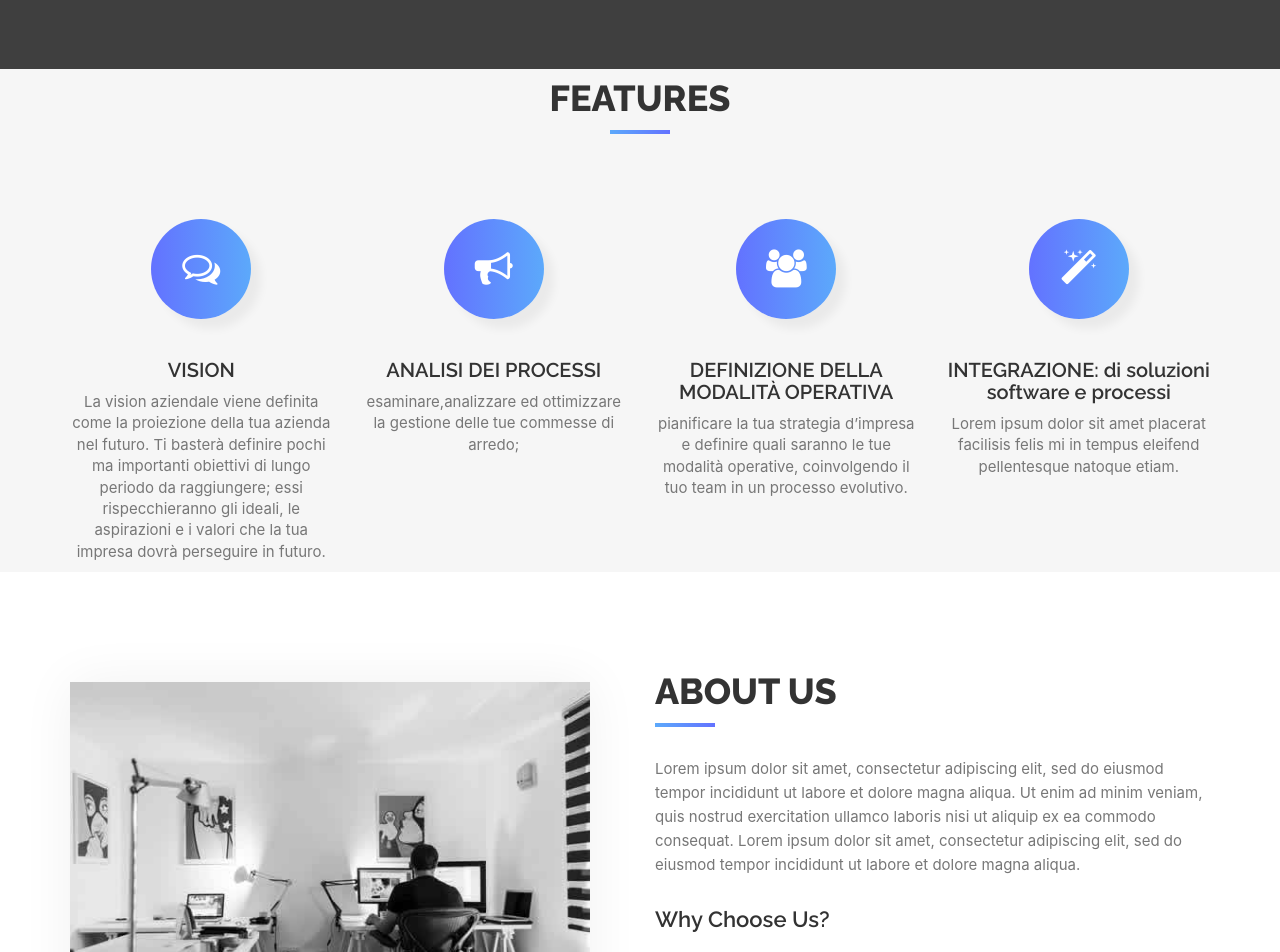
Repository: andrealepori/digitize-reactapp
Page: /
An editor plug-in stored every save of this project. The page is shown before and after a run of saves, followed by the edit.
The browser window is 1280 px wide. The pictures show the part of the page from y = 959 to 1911 px (the page is 5696 px tall).
Pictures or frames that could not be fetched are drawn as grey boxes. The project was rebuilt for these pictures with package versions that can differ from the ones it lists, and the page was loaded fresh each time.

Above is the page before, as saved 2021-09-21 14:54:12.

After the next 2 saves:
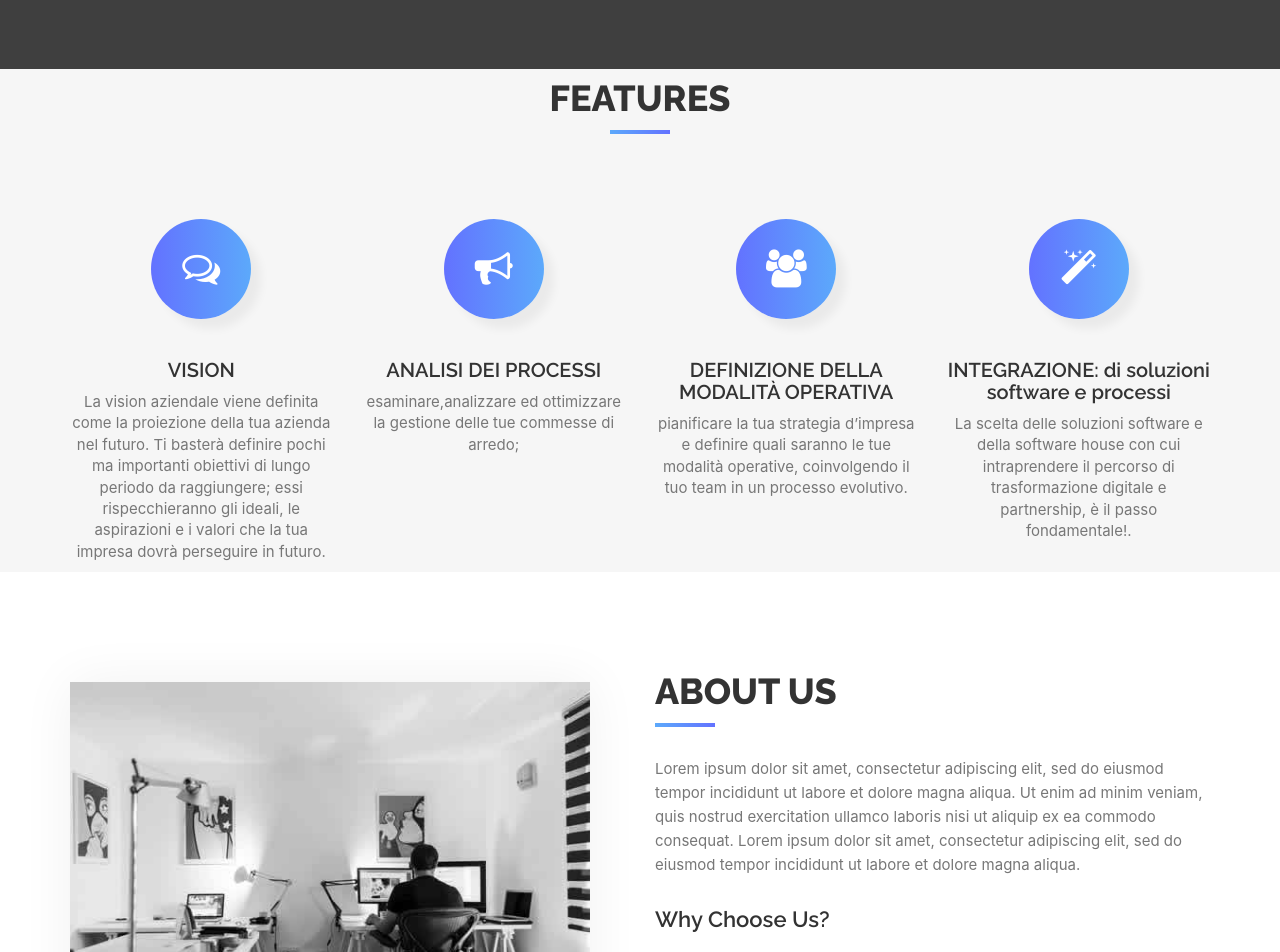
The 2 saves are shown as one change because 1 did not build or start.
The last was saved 64 s later.
--- a/src/data/data.json
+++ b/src/data/data.json
@@ -178,7 +178,7 @@
     {
       "icon": "fa fa-magic",
       "title": "INTEGRAZIONE: di soluzioni software e processi",
-      "text": "Lorem ipsum dolor sit amet placerat facilisis felis mi in tempus eleifend pellentesque natoque etiam."
+      "text": "La scelta delle soluzioni software e della software house con cui intraprendere il percorso di trasformazione digitale e partnership, è il passo fondamentale!."
     }
   ]
 }
